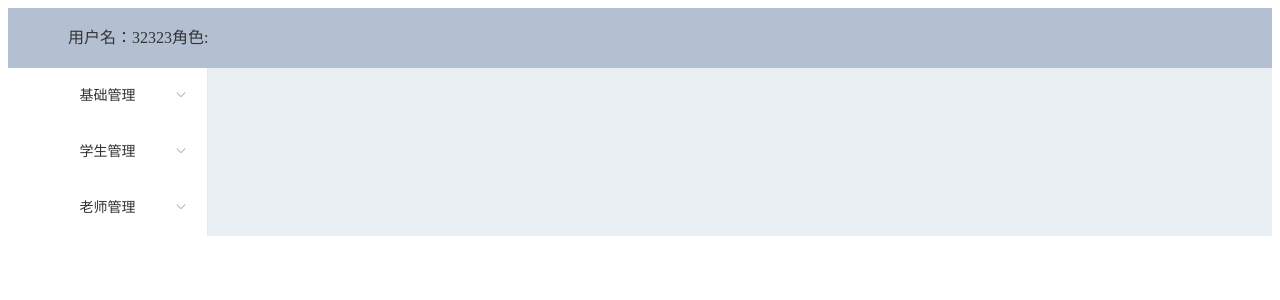
Repository: lwm9704/school-front
Page: /#/home
The author's editor kept a copy of each file at every save. The page is drawn from the files as they stood at one save, then again after the next save.
The browser window is 1280 px wide. The pictures show the whole page.
Pictures or frames that could not be fetched are drawn as grey boxes. The project was rebuilt for these pictures with package versions that can differ from the ones it lists, and the page was loaded fresh each time. Also part of the build but not shown: src/view/login.vue.

Above is the page before, as saved 2021-11-15 15:37:02.

After the next save:
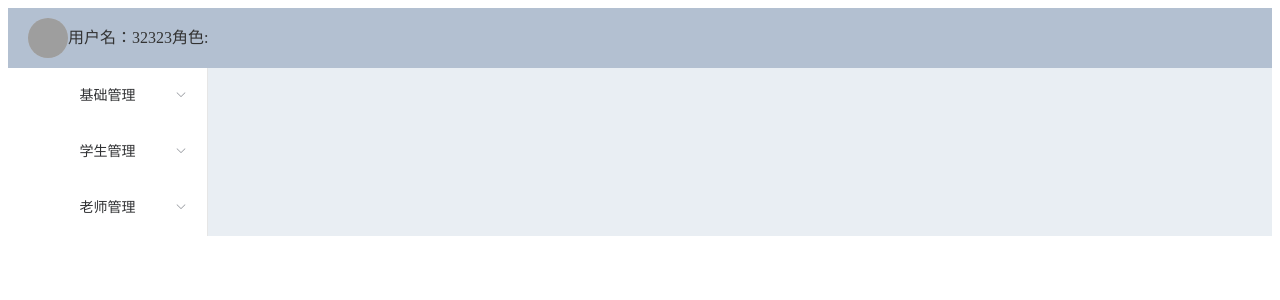
Saved 11 s later.
--- a/src/components/myHeader.vue
+++ b/src/components/myHeader.vue
@@ -39,7 +39,7 @@ export default {
     display: flex;
     flex-direction: row;
     .avatar{
-      padding-top: 10%;
+      padding-top: 10px;
     }
 }
 </style>
